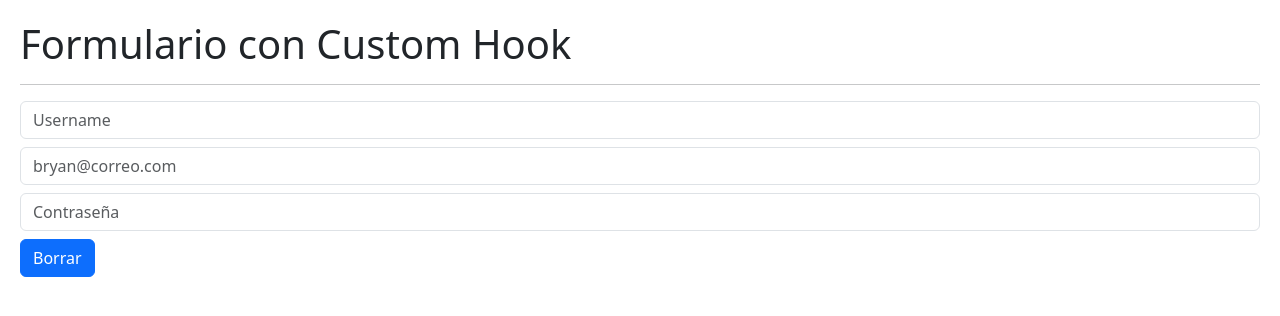
Repository: bryanesteban/hooks-App
Page: /
The author's editor kept a copy of each file at every save. The page is drawn from the files as they stood at one save, then again after the next save.
The browser window is 1280 px wide. The pictures show the whole page.
The project was rebuilt for these pictures with package versions that can differ from the ones it lists, and the page was loaded fresh each time. Also part of the build but not shown: vite.config.js, src/HooksApp.jsx, src/01-useState/CounterApp.jsx, src/hooks/useCounter.jsx, src/01-useState/CounterWithCustomHook.jsx, src/02-useEffect/Message.jsx, src/02-useEffect/SimpleForm.jsx.

Above is the page before, as saved 2024-06-28 23:47:30.

### src/main.jsx
import React from 'react'
import ReactDOM from 'react-dom/client'
import './index.css'
import { HooksApp } from './HooksApp'
import { CounterApp } from './01-useState/CounterApp'
import { CounterWithCustomHook } from './01-useState/CounterWithCustomHook'
import { SimpleForm } from './02-useEffect/SimpleForm'
import { FormWithCustomHook } from './02-useEffect/FormWithCustomHook'

ReactDOM.createRoot(document.getElementById('root')).render(
  <React.StrictMode>
    <FormWithCustomHook />
  </React.StrictMode>
)

### src/02-useEffect/FormWithCustomHook.jsx


import React, { useEffect, useState } from 'react'
import { Message } from './Message';
import { useForm } from '../hooks/useForm';

export const FormWithCustomHook = () => {



    const { formState, onInputChange, username, email, password } = useForm({
        username:'',
        email: '',
        password: '',
    });

    // const { username, email, password} = formState;
    useEffect(() => {
        // console.log('useEffect called!');
    },[]);

    useEffect(() => {
        // console.log('useEffect called!');
    },[email]);




return (

    <>
        <h1>Formulario con Custom Hook</h1>
        <hr/>

        <input
            type="text"
            className="form-control"
            placeholder="Username"
            name="username"
            value={ username }
            onChange={ onInputChange }
        />

        <input
            type="email"
            className="form-control mt-2"
            placeholder="bryan@correo.com"
            name="email"
            value={ email }
            onChange={ onInputChange }
        />

        <input
            type="password"
            className="form-control mt-2"
            placeholder="Contraseña"
            name="password"
            value={ password }
            onChange={ onInputChange }
        />

        {
            (username === 'Evalion2') && <Message></Message>
        }

        <button className="btn btn-primary mt-2">Borrar</button>

    </>
  )
}

### src/hooks/useForm.js
import { useState } from "react";

export const useForm = ( initialForm = {}) => {

    const [formState, setFormState] = useState( initialForm);


    const onInputChange = ({target}) => {
        const { name, value } = target;
        setFormState({
            ...formState,
            [name]:value
        });
    }

    return {
        ...formState,
        formState,
        onInputChange,
    }
}

Loaded but not shown: index.html (common file); src/index.css (common file)

After the next save:
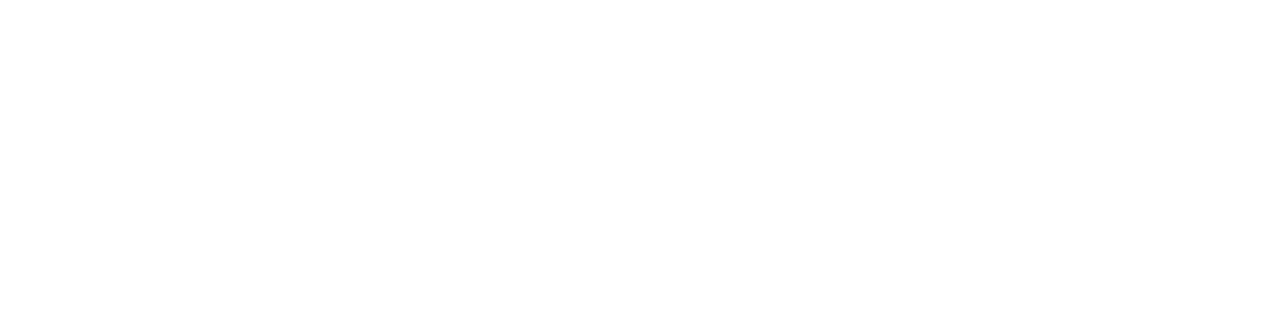
Console error: ReferenceError: onResetForm is not defined
Saved 27 s later.
--- a/src/02-useEffect/FormWithCustomHook.jsx
+++ b/src/02-useEffect/FormWithCustomHook.jsx
@@ -63,7 +63,7 @@
             (username === 'Evalion2') && <Message></Message>
         }
 
-        <button className="btn btn-primary mt-2">Borrar</button>
+        <button onClick={ onResetForm } className="btn btn-primary mt-2">Borrar</button>
 
     </>
   )

After the 3 saves that followed:
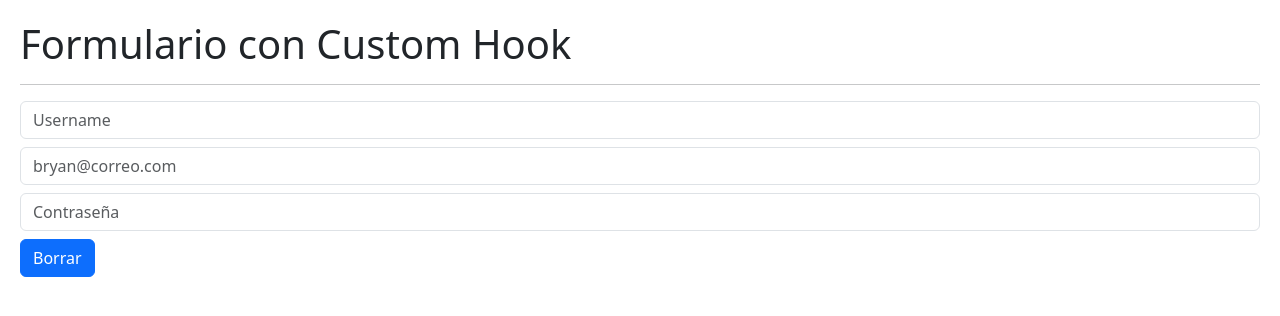
The error is gone.
The 3 saves are shown as one change because 2 left the picture as it was.
The last was saved 96 s later.
--- a/src/02-useEffect/FormWithCustomHook.jsx
+++ b/src/02-useEffect/FormWithCustomHook.jsx
@@ -8,7 +8,7 @@
 
 
 
-    const { formState, onInputChange, username, email, password } = useForm({
+    const { formState, onInputChange, onResetForm, username, email, password } = useForm({
         username:'',
         email: '',
         password: '',
--- a/src/hooks/useForm.js
+++ b/src/hooks/useForm.js
@@ -13,9 +13,14 @@
         });
     }
 
+    const onResetForm =() => {
+        setFormState(initialForm);
+    }
+
     return {
         ...formState,
         formState,
         onInputChange,
+        onResetForm
     }
 }
